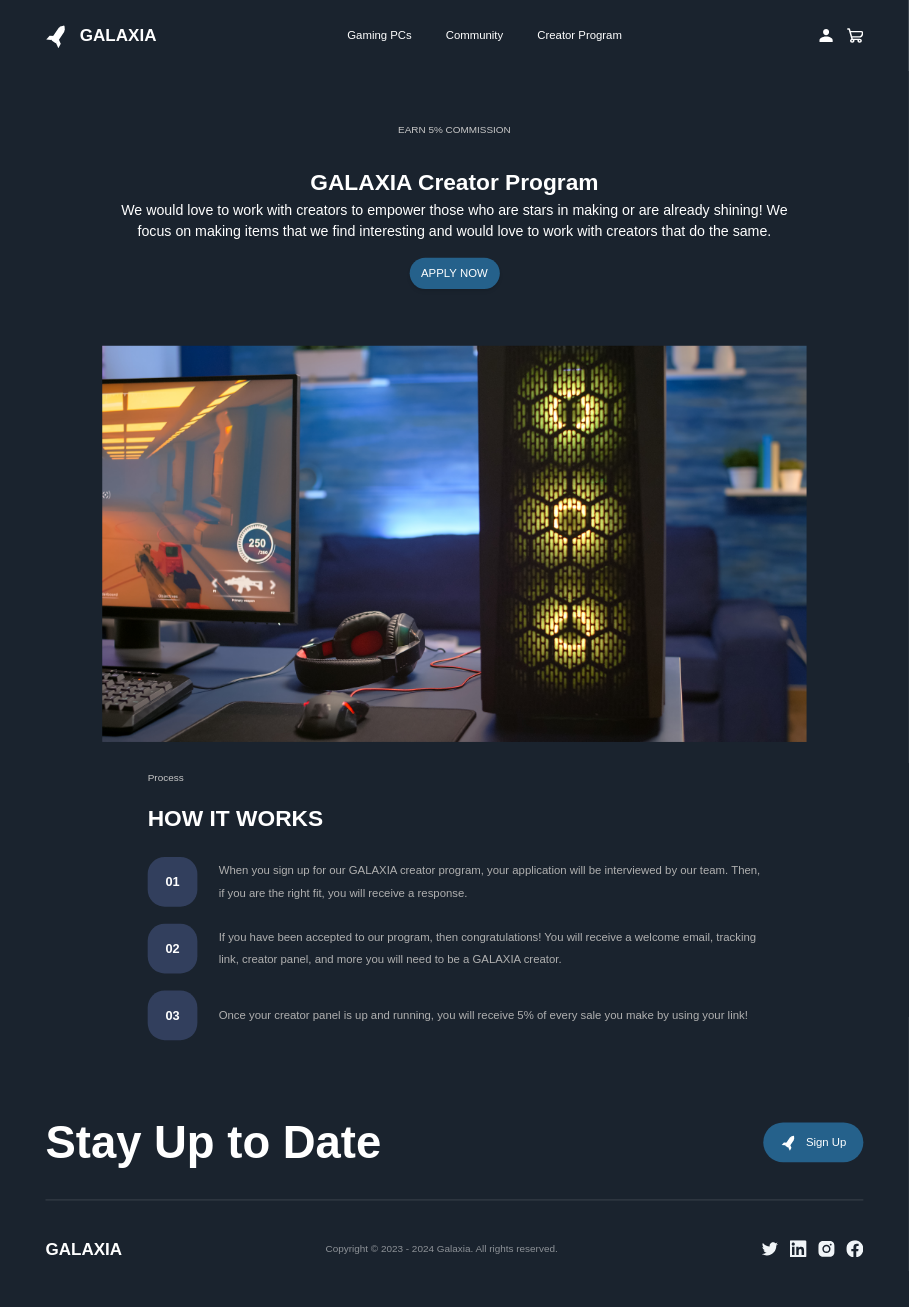
Repository: kaitlynlie/galaxia_pcs
Page: /creator
The author's editor kept a copy of each file at every save. The page is drawn from the files as they stood at one save, then again after the next save.
The browser window is 1280 px wide. The pictures show the whole page, at 71% of full size.
Some web fonts or font styles are not loaded; a fallback is used. The project was rebuilt for these pictures with package versions that can differ from the ones it lists, and the page was loaded fresh each time. Also part of the build but not shown: vite.config.js, components/Button.jsx, components/PCcard.jsx, sections/Hero.jsx, sections/Triton.jsx, sections/Neptune.jsx, sections/Jupiter.jsx, sections/WhyUs.jsx and 7 more. Imported but missing from the stored project, and not drawn on this page: src/assets/video.mp4.

Above is the page before, as saved 2023-08-08 18:49:49.

### index.html
<!DOCTYPE html>
<html lang="en">
  <head>
    <meta charset="UTF-8" />
    <link rel="icon" type="image/svg+xml" href="/logo.svg" />
    <link rel="preconnect" href="https://stijndv.com" />
    <link rel="stylesheet" href="https://stijndv.com/fonts/Eudoxus-Sans.css" />
    <meta name="viewport" content="width=device-width, initial-scale=1.0" />
    <title>GALAXIA</title>
  </head>
  <body>
    <div id="root"></div>
    <script type="module" src="/src/main.jsx"></script>
  </body>
</html>

### src/main.jsx
import React from 'react'
import App from './App.jsx'
import ReactDOM from 'react-dom';
import { BrowserRouter } from 'react-router-dom';


ReactDOM.render(
  <BrowserRouter>
    <App />
  </BrowserRouter>,
  document.getElementById('root'),
);

### src/App.jsx
import Navbar from '../components/Navbar'
import Home from '../pages/Home'
import Community from '../pages/Community'
import Creator from '../pages/Creator'
import PCs from '../pages/PCs'
import { Route, Routes } from 'react-router-dom'
import React from 'react'
import '../styles/globals.css'

function App() {

  return (
    <>
    <div className='bg-primary-black overflow-hidden'>
      <Navbar />
      <Routes>
        <Route index path="/" element={<Home />} />
        <Route path="pc" element={<PCs />} />
        <Route path="community" element={<Community />} />
        <Route path="creator" element={<Creator />} />
      </Routes>
     </div>
    </>
  )
}

export default App

### components/Navbar.jsx
import { motion } from "framer-motion";
import styles from '../styles'
import { navVariants, textVariant } from '../utils/motion'
import { useState } from "react";
import { RiMenu3Line, RiCloseLine } from 'react-icons/ri';
import { Link } from 'react-router-dom'
import React from 'react'

const Navbar = () => {
  const [toggleMenu, setToggleMenu] = useState(false);

  const [nav, setNav] = useState(false);

  const openNav = () => {
    setNav(!nav);
  };

  return(
   <motion.nav
    variants={navVariants}
    initial="show"
    whileInView="show"
    viewport={{ once: false, amount: 0.25 }}
    className={`${styles.xPaddings} py-8 relative`}
  >
    <div className={`${styles.innerWidth} mx-auto flex justify-between gap-8 inline-block`}>
      <div className="flex flex-row gap-4">
        <img
          src='./logo.svg'
          alt='logo'
          />
          <Link onClick={openNav} to="/"><motion.h1 variants={textVariant(1.1)} className="flex text-white font-bold text-[24px]">
            <a>GALAXIA</a>
          </motion.h1></Link>
      </div>

      <ul className='flex justify-center items-center text-white max-[880px]:hidden block'>
        <Link onClick={openNav} to='/pc'><li className="mr-12"><a>Gaming PCs</a></li></Link>
        <Link onClick={openNav} to='/community'><li className="mr-12"><a>Community</a></li></Link>
        <Link onClick={openNav} to='/creator'><li><a>Creator Program</a></li></Link>
      </ul>

      <div className="relative ml-1 pointer max-[880px]:block hidden z-10">
        {toggleMenu
          ? <RiCloseLine color="#fff" size={27} onClick={() => setToggleMenu(false)} />
          : <RiMenu3Line color="#fff" size={27} onClick={() => setToggleMenu(true)} />}
        {toggleMenu && (
        <div className="flex justify-end items-end flex-col text-end bg-[#026884ce] p-3 absolute top-[40px] right-[10px] mt-1 rounded-[5px] shadow z-10">
          <div className="none">
            <ul className='flex justify-end items-end flex-col text-white text-end p-1'>
              <Link onClick={openNav} to='/pc'><li><a>Gaming PCs</a></li></Link>
              <Link onClick={openNav} to='/community'><li className="mt-2 pointer"><a>Community</a></li></Link>
              <Link onClick={openNav} to='/creator'><li className="mt-2 pointer"><a>Creator Program</a></li></Link>
            </ul>
          </div>
        </div>
        )}
        </div>

        <div className="flex flex-row gap-4 items-center max-[880px]:hidden block">
        <img
          src='./user.svg'
          alt='user'
        />
        <img
          src='./cart.svg'
          alt='cart'
        />
      </div>
      </div>

  </motion.nav>
  );
};

export default Navbar;

### pages/Creator.jsx
import React from 'react'
import { Footer } from '../components'
import Program from '../sections/Program'

const Creator = () => {
  return (
    <div className='bg-primary-black overflow-hidden'>
      <div className='relative'>
        <Program />
        <Footer />
      </div>
    </div>
  )
}

export default Creator

### styles/globals.css
@import "tailwindcss/base";

@import "tailwindcss/components";

@import "tailwindcss/utilities";

* {
  margin: 0;
  padding: 0;
  box-sizing: border-box;
  font-family: "Eudoxus Sans", sans-serif;
  scroll-behavior: smooth;
}

.gradient-01 {
  background-image: linear-gradient(
    270deg,
    hsl(295deg 76% 51%) 0%,
    hsl(284deg 70% 73%) 26%,
    hsl(257deg 70% 86%) 39%,
    hsl(202deg 92% 90%) 50%,
    hsl(215deg 77% 81%) 61%,
    hsl(221deg 73% 70%) 74%,
    hsl(220deg 76% 51%) 100%
  );
  filter: blur(125px);
}

.hero-gradient {
  background: linear-gradient(
    97.86deg,
    #a509ff 0%,
    #34acc7 53.65%,
    #a134c7 100%
  );
}

.gradient-02 {
  position: absolute;
  width: 200px;
  height: 438px;
  top: 0px;
  right: 0px;

  background: #7aebfb;
  filter: blur(190px);
}

.glassmorphism {
  background: rgba(255, 255, 255, 0.25);
  box-shadow: 0 8px 32px 0 rgba(31, 38, 135, 0.37);
  backdrop-filter: blur(4px);
  -webkit-backdrop-filter: blur(4px);
  border: 1px solid rgba(255, 255, 255, 0.18);
}

.gradient-03 {
  position: absolute;
  width: 404px;
  height: 800px;
  left: 20%;
  top: 5%;

  background: rgba(149, 66, 232, 0.35);
  filter: blur(175px);
  transform: rotate(-114.2deg);
}

.gradient-04 {
  position: absolute;
  width: 304px;
  height: 100vh;
  left: 30%;
  top: 10%;

  background: rgba(45, 72, 152, 0.75);
  filter: blur(200px);
  transform: rotate(-53.13deg);
}

.gradient-05 {
  background: linear-gradient(
    180deg,
    rgba(255, 255, 255, 0.04) 0%,
    rgba(255, 255, 255, 0) 100%
  );
}

.feedback-gradient {
  position: absolute;
  width: 200px;
  height: 316px;
  left: 0px;
  top: 0px;

  background: #8d39a3;
  filter: blur(175px);
}

.footer-gradient {
  position: absolute;
  width: 500px;
  height: 100px;
  left: 37%;
  bottom: 0;

  background: #65c4fa;
  filter: blur(150px);
}

.object {
  animation: MoveUpDown 4s linear infinite;
  position: relative;
  left: 0;
  bottom: 0;
}

@keyframes MoveUpDown {
  0%, 100% {
    bottom: 0;
  }
  50% {
    bottom: 100px;
  }
}

### styles/index.js
const styles = {
    innerWidth: '2xl:max-w-[1280px] w-full',
    interWidth: 'lg:w-[80%] w-[100%]',

    paddings: 'sm:p-16 xs:p-8 px-6 py-12',
    yPaddings: 'sm:py-16 xs:py-8 py-12',
    xPaddings: 'sm:px-16 px-6',
    topPaddings: 'sm:pt-16 xs:pt-8 pt-12',
    bottomPaddings: 'sm:pb-16 xs:pb-8 pb-12',

    flexCenter: 'flex justify-center items-center',
    flexStart: 'flex justify-start items-start',
    flexEnd: 'flex justify-end',
    navPadding: 'pt-[98px]',

    // hero section
    heroHeading:
        'font-bold lg:text-[144px] md:text-[100px] sm:text-[60px] text-[44px] lg:leading-[158.4px] md:leading-[114.4px] sm:leading-[74.4px] leading-[64.4px] uppercase text-white',
    heroDText:
        'md:w-[212px] sm:w-[80px] w-[60px] md:h-[108px] sm:h-[48px] h-[38px] md:border-[18px] border-[9px] rounded-r-[50px] border-white sm:mx-2 mx-[6px]',
  };

  export default styles;

### utils/motion.js
export const navVariants = {
  hidden: {
    opacity: 0,
    y: -50,
    transition: {
      type: 'spring',
      stiffness: 300,
      damping: 140,
    },
  },
  show: {
    opacity: 1,
    y: 0,
    transition: {
      type: 'spring',
      stiffness: 80,
      delay: 1,
    },
  },
};

export const slideIn = (direction, type, delay, duration) => ({
  hidden: {
    x: direction === 'left' ? '-100%' : direction === 'right' ? '100%' : 0,
    y: direction === 'up' ? '100%' : direction === 'down' ? '100%' : 0,
  },
  show: {
    x: 0,
    y: 0,
    transition: {
      type,
      delay,
      duration,
      ease: 'easeOut',
    },
  },
});

export const staggerContainer = (staggerChildren, delayChildren) => ({
  hidden: {},
  show: {
    transition: {
      staggerChildren,
      delayChildren,
    },
  },
});

export const textVariant = (delay) => ({
  hidden: {
    y: 50,
    opacity: 0,
  },
  show: {
    y: 0,
    opacity: 1,
    transition: {
      type: 'spring',
      duration: 1.25,
      delay,
    },
  },
});

export const textContainer = {
  hidden: {
    opacity: 0,
  },
  show: (i = 1) => ({
    opacity: 1,
    transition: { staggerChildren: 0.1, delayChildren: i * 0.1 },
  }),
};

export const textVariant2 = {
  hidden: {
    opacity: 0,
    y: 20,
  },
  show: {
    opacity: 1,
    y: 0,
    transition: {
      type: 'tween',
      ease: 'easeIn',
    },
  },
};

export const fadeIn = (direction, type, delay, duration) => ({
  hidden: {
    x: direction === 'left' ? 100 : direction === 'right' ? -100 : 0,
    y: direction === 'up' ? 100 : direction === 'down' ? -100 : 0,
    opacity: 0,
  },
  show: {
    x: 0,
    y: 0,
    opacity: 1,
    transition: {
      type,
      delay,
      duration,
      ease: 'easeOut',
    },
  },
});

export const planetVariants = (direction) => ({
  hidden: {
    x: direction === 'left' ? '-100%' : '100%',
    rotate: 120,
  },
  show: {
    x: 0,
    rotate: 0,
    transition: {
      type: 'spring',
      duration: 1.8,
      delay: 0.5,
    },
  },
});

export const zoomIn = (delay, duration) => ({
  hidden: {
    scale: 0,
    opacity: 0,
  },
  show: {
    scale: 1,
    opacity: 1,
    transition: {
      type: 'tween',
      delay,
      duration,
      ease: 'easeOut',
    },
  },
});

export const footerVariants = {
  hidden: {
    opacity: 0,
    y: 50,
    transition: {
      type: 'spring',
      stiffness: 300,
      damping: 140,
    },
  },
  show: {
    opacity: 1,
    y: 0,
    transition: {
      type: 'spring',
      stiffness: 80,
      delay: 0.5,
    },
  },
};

### components/index.js
import Navbar from './Navbar';
import { TypingText, TitleText } from './CustomTexts';
import PCcard from './PCcard';
import WhyFeatures from './WhyFeatures';
import Footer from './Footer';
import Button from './Button';

export {
  Navbar,
  TitleText,
  TypingText,
  WhyFeatures,
  PCcard,
  Footer,
  Button,
};

### sections/Program.jsx
import React from 'react'
import { motion } from 'framer-motion'
import { Button, TypingText, WhyFeatures, TitleText } from '../components'
import styles from '../styles'
import { creators } from '../constants'

const Program = () => {
  return (
    <section className={`${styles.xPaddings} relative z-10 py-8 flex flex-col justify-center items-center mt-10`}>
      <div className={`${styles.innerWidth} md:px-[100px] mb-0 items-center flex-col flex justify-center`}>
          <TypingText title='EARN 5% COMMISSION' textStyles='text-center' />
          <div className="font-normal text-center text-secondary-white mt-10 flex-col flex flex-center items-center justify-center">
              <span className="font-extrabold text-white sm:text-[32px] text-[20px]">GALAXIA Creator Program</span>
              <p className="text-[20px] text-white">We would love to work with creators to empower those who are stars in making or are already shining! We focus on making items that we find interesting and would love to work with creators that do the same.</p>
            <button
                type="button"
                className="flex w-[127px] h-[44px] mt-[22px] items-center justify-center gap-[12px] bg-[#25618B] text-white text-[16px] rounded-[32px] pointer tracking-[0.08px] shrink-0 shadow-md transition-transform duration-300 hover:scale-105 hover:shadow-lg"
                >APPLY NOW
            </button>
        </div>
        </div>

        <div
          className="flex justify-center items-center flex-col mt-20 max-[549px]:px-0 px-20 relative">
            <img
                src='/creator.jpg'
                alt='creator'
            />
            <div className={'max-[775px]:px-0 px-16 w-full relative mt-10'}>
                <TypingText title="Process" />
                <TitleText title={<>HOW IT WORKS</>} />
                <div className="mt-[31px] flex flex-wrap items-center justify-start gap-[24px]">
                {creators.map((feature) => (
                <WhyFeatures key={feature.subtitle} {...feature} />
                ))}
            </div>
        </div>
        </div>
    </section>
  )
}

export default Program

### components/CustomTexts.jsx
'use client';

import { motion } from "framer-motion";
import { textContainer, textVariant2 } from '../utils/motion'

export const TypingText = ({ title, textStyles}) => (
  <motion.p
    variants={textContainer}
    className={`font-normal text-[14px] text-secondary-white ${textStyles}`}
  >
    {Array.from(title).map((letter, index) => (
      <motion.span variants={textVariant2} key={index}>
        {letter === ' ' ? '\u00A0' : letter}
      </motion.span>
    ))}
  </motion.p>
);

export const TitleText = ({ title, textStyles}) => (
  <motion.h2
    variants={textVariant2}
    initial='hidden'
    whileInView='show'
    className={`mt-[22px] font-bold text-[32px] text-white ${textStyles}`}>
      {title}
  </motion.h2>
);

### components/WhyFeatures.jsx
import styles from "../styles";

const WhyFeatures = ({ number, subtitle
}) => (
  <div className={`${styles.flexCenter} flex-row`}>
    <div className={`${styles.flexCenter} w-[70px] h-[70px] rounded-[24px] bg-[#323f5d]`}>
      <p className="font-bold text-[18px] text-white">0{number}</p>
    </div>
    <p className="flex-1 ml-[30px] font-normal text-[16px] text-[#B0B0B0] leading-[32px]">{subtitle}</p>
  </div>
);

export default WhyFeatures;

### components/Footer.jsx
'use client';
import { motion } from "framer-motion";
import { socials } from "../constants";
import styles from "../styles";
import { footerVariants } from "../utils/motion";

const Footer = () => (
  <motion.footer
    variants={footerVariants}
    initial='show'
    whileInView='show'
    viewport={{ once: true, amount: 0.25 }}
    className={`${styles.paddings} py-8 relative`}>
    {/* <div className="footer-gradient" /> */}
    <div className={`${styles.innerWidth} mx-auto flex flex-col gap-8`}>
      <div className="flex items-center sm:justify-between flex-wrap gap-5">
        <h4 className="font-bold md:text-[64px] text-[44px] text-white">Stay Up to Date</h4>
        <button type="button" className="flex items-center h-fit py-4 px-6 bg-[#25618b] rounded-[32px] gap-[12px]">
          <img src='/logo.svg' alt='logo' className="w-[24px] h-[24px] object-contains"/>
          <span className="font-normal text-[16px] text-white">Sign Up</span>
        </button>
      </div>

      <div className="flex flex-col">
        <div className="mb-[50px] h-[2px] bg-white opacity-10"/>
        <div className="flex items-center justify-between flex-wrap gap-4">
          <h4 className="font-extrabold text-[24px] text-white">GALAXIA</h4>
          <p className="font-normal text-[14px] text-white opacity-50">
          Copyright © 2023 - 2024 Galaxia. All rights reserved.
          </p>
          <div className="flex gap-4">
            {socials.map((social) => (
              <img
                key={social.name}
                src={social.url}
                alt={social.name}
                className="w-[24px] h-[24px] object-contain cursor-pointer" />
            ))}
          </div>
        </div>
      </div>
    </div>
  </motion.footer>
);

export default Footer;

### constants/index.js
export const neptuneSet = [
  {
    imgUrl: '/pc3.png',
    title: 'THALASSA',
    price: '$1,099.99 USD',
    xprice: '$1,299.99 USD',
  },
  {
    imgUrl: '/pc2.png',
    title: 'NEREID',
    price: '$1,399.99 USD',
    xprice: '$1,699.99 USD',
  },
  {
    imgUrl: '/pc1.png',
    title: 'TRITON',
    price: '$1,599.99 USD',
    xprice: '$1,999.99 USD'
  }
];

export const jupiterSet = [
  {
    imgUrl: '/pc4.png',
    title: 'EUROPA',
    price: '$2,499.99 USD',
    xprice: '$2,699.99 USD',
  },
  {
    imgUrl: '/pc5.png',
    title: 'CALLISTO',
    price: '$2,599.99 USD',
    xprice: '$2,799.99 USD',
  },
  {
    imgUrl: '/pc6.png',
    title: 'GANYMEDE',
    price: '$2,799.99 USD',
    xprice: '$2,999.99 USD'
  }
]

export const whyUs = [
  {
    number: 1,
    subtitle: 'Built with the highest quality of materials, Galaxia hand builds and ships worldwide, delivering with a white glove service.'
  },
  {
    number: 2,
    subtitle: 'We offer a 1 year full parts and labor warranty in case anything happens, so you can spend your time having fun instead fo worrying.'
  },
  {
    number: 3,
    subtitle: 'We are not lying when we say we have the highest performing PCs in the galaxy, with quality parts and expert craftmanship for the best experience.'
  }
]

export const creators = [
  {
    number: 1,
    subtitle: 'When you sign up for our GALAXIA creator program, your application will be interviewed by our team. Then, if you are the right fit, you will receive a response.'
  },
  {
    number: 2,
    subtitle: 'If you have been accepted to our program, then congratulations! You will receive a welcome email, tracking link, creator panel, and more you will need to be a GALAXIA creator.'
  },
  {
    number: 3,
    subtitle: 'Once your creator panel is up and running, you will receive 5% of every sale you make by using your link!'
  }
]

export const socials = [
  {
    name: 'twitter',
    url: '/twitter.svg',
  },
  {
    name: 'linkedin',
    url: '/linkedin.svg',
  },
  {
    name: 'instagram',
    url: '/instagram.svg',
  },
  {
    name: 'facebook',
    url: '/facebook.svg',
  },
];

### tailwind.config.js
/** @type {import('tailwindcss').Config} */
module.exports = {
  content: [
    "./src/**/*.{html,js,jsx}",
    './pages/**/*.{html,js,jsx}',
    './components/**/*.{html,js,jsx}',
    './sections/**/*.{html,js,jsx}',
    './styles/**/*.{js,jsx}',
  ],
  mode: 'jit',
  theme: {
    extend: {
      colors: {
        'primary-black': '#1A232E',
        'secondary-white': '#c7c7c7',
      },
      transitionTimingFunction: {
        'out-flex': 'cubic-bezier(0.05, 0.6, 0.4, 0.9)',
      },
    },
  },
  plugins: [],
};

After the next save:
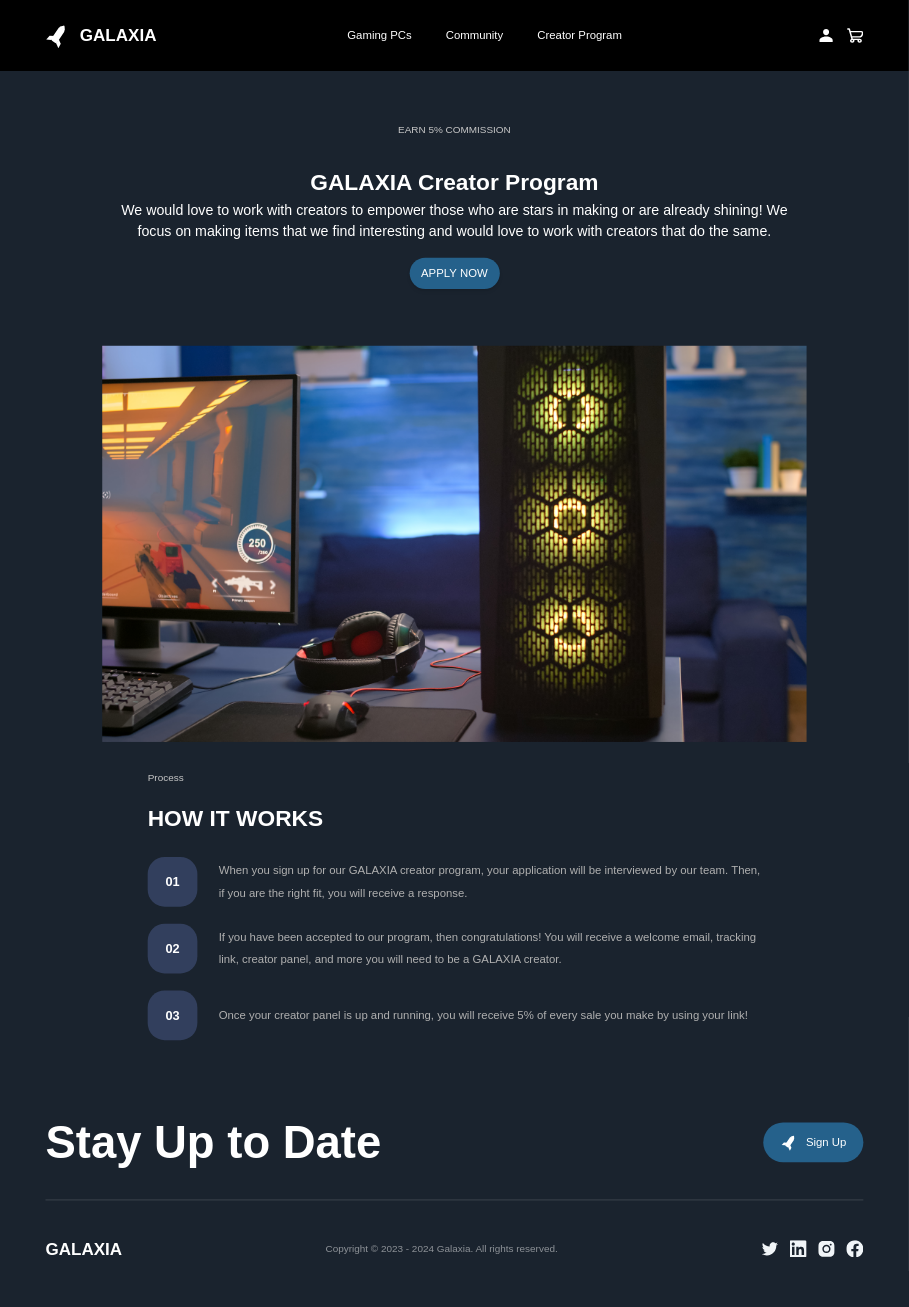
Saved 35 min 27 s later.
--- a/components/Navbar.jsx
+++ b/components/Navbar.jsx
@@ -21,7 +21,7 @@
     initial="show"
     whileInView="show"
     viewport={{ once: false, amount: 0.25 }}
-    className={`${styles.xPaddings} py-8 relative`}
+    className={`${styles.xPaddings} py-8 relative bg-black`}
   >
     <div className={`${styles.innerWidth} mx-auto flex justify-between gap-8 inline-block`}>
       <div className="flex flex-row gap-4">
